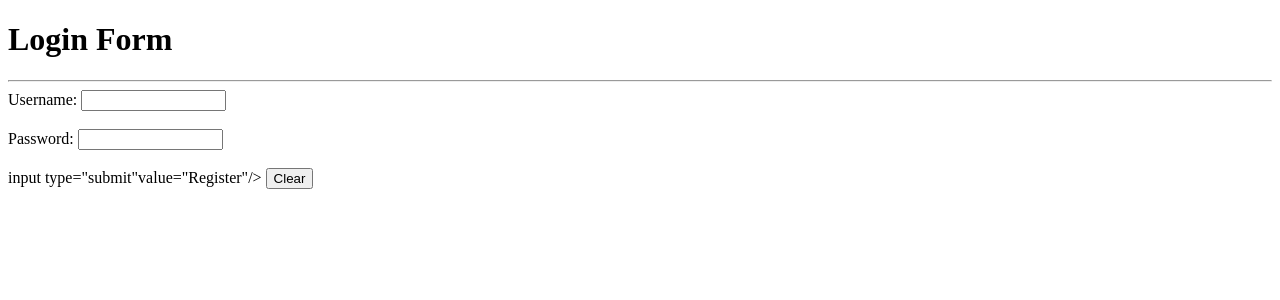
Repository: ManjulavaniSripathi/Day10
Page: LoginApp/WebContent/Registration.html
These files come from the project's save history. The page is drawn as it stood at one moment and after the next save; the edit follows.
The browser window is 1280 px wide. The pictures show the whole page.

Above is the page before, as saved 2018-09-05 12:13:09.

### LoginApp/WebContent/Registration.html
<!DOCTYPE html>
<html>
<head>
<meta charset="ISO-8859-1">
<title>Registration page</title>
</head>
<body>
<h1>Login Form</h1>
<hr>
<form action="Register"method="post">
<label>Username:</label>
<input type="text" name="username"size="15"/>
<br><br>
<label>Password:</label>
<input type="password" name="password"size="15"/>
<br><br>
input type="submit"value="Register"/>
<input type="reset"value="Clear"/>
<br><br>

</form>
</body>
</html>

After the next save:
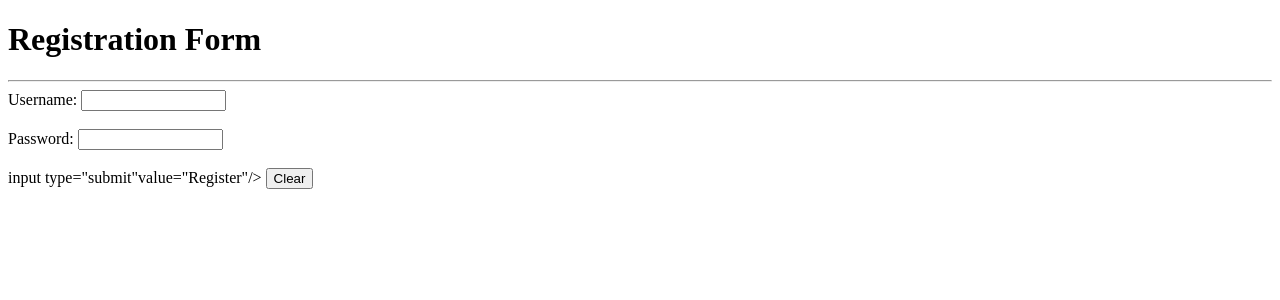
Saved 45 s later.
--- a/LoginApp/WebContent/Registration.html
+++ b/LoginApp/WebContent/Registration.html
@@ -5,7 +5,7 @@
 <title>Registration page</title>
 </head>
 <body>
-<h1>Login Form</h1>
+<h1>Registration Form</h1>
 <hr>
 <form action="Register"method="post">
 <label>Username:</label>
